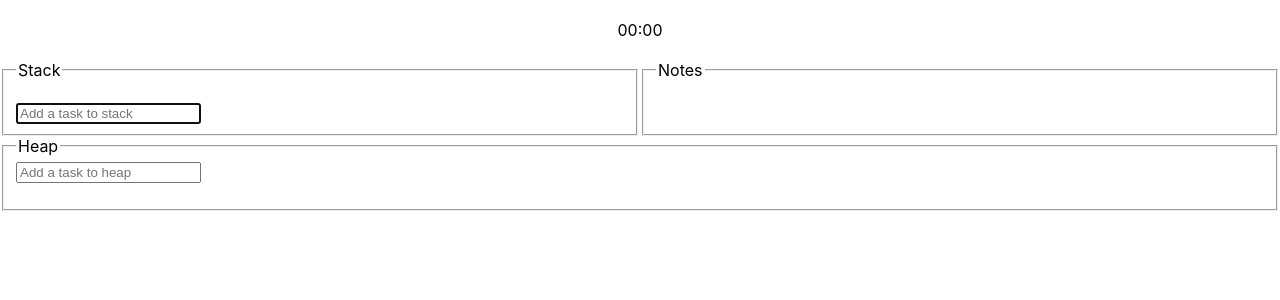
Repository: litalsh/Meeting-Managment-App
Page: /
These files come from the project's save history. The page is drawn as it stood at one moment and after the next save; the edit follows.
The browser window is 1280 px wide. The pictures show the whole page.
The project was rebuilt for these pictures with package versions that can differ from the ones it lists, and the page was loaded fresh each time. Also part of the build but not shown: src/components/Task/Task.js.

Above is the page before, as saved 2021-01-10 15:09:49.

After the next save:
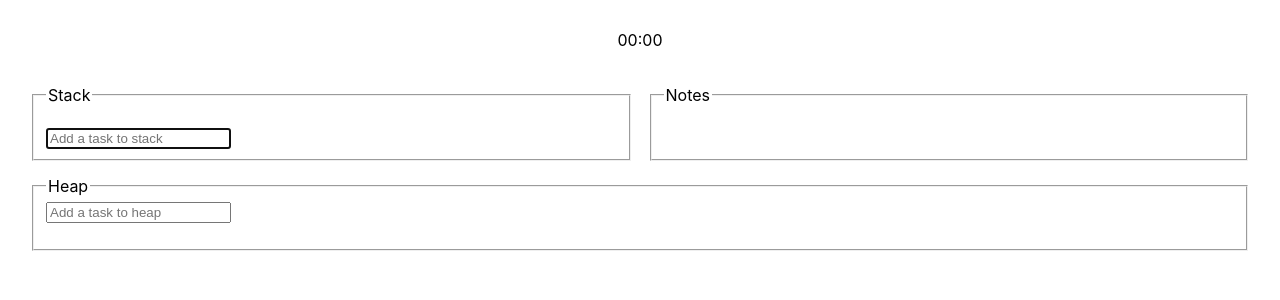
Saved 2 min 53 s later.
--- a/src/App.css
+++ b/src/App.css
@@ -1,4 +1,6 @@
 .App {
   display: grid;
     grid-template-columns: repeat(6, 1fr);
+    margin: 10px 30px;
+    grid-gap: 15px;
 }
